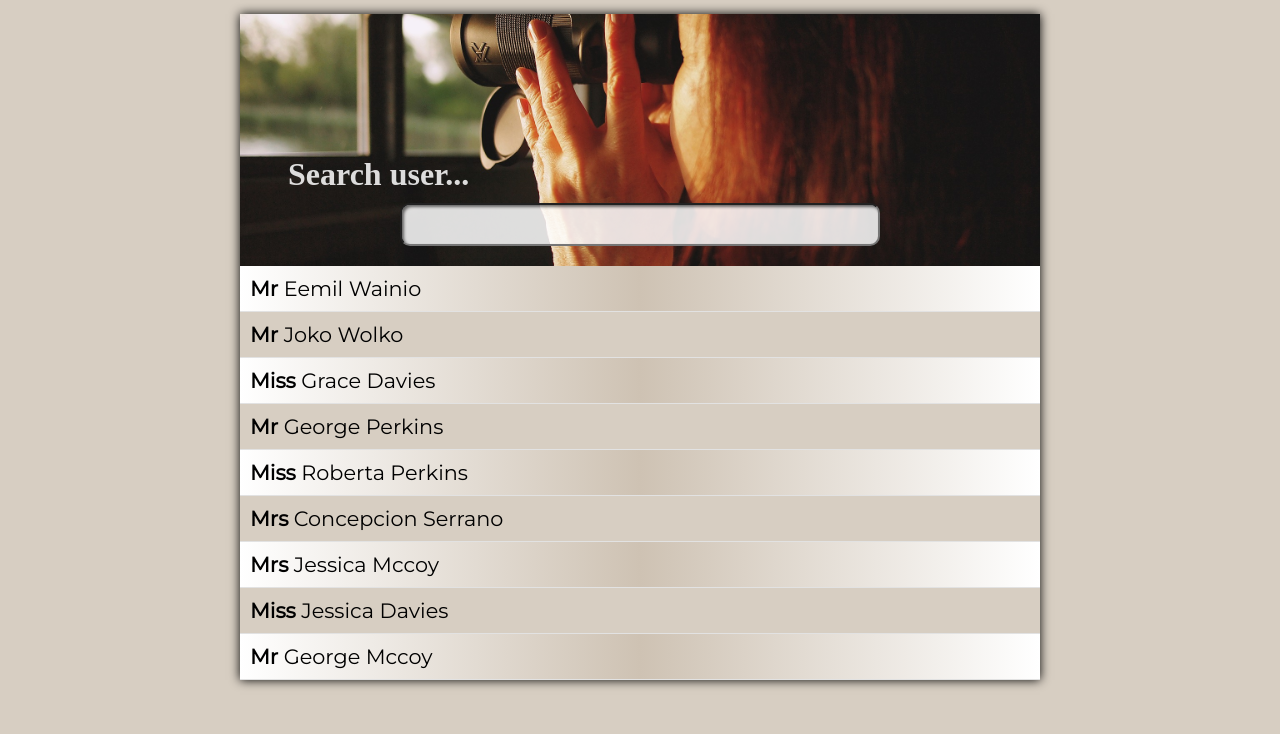
Repository: KrzysKolo/sr_tydzien5_zad4
Page: /
An editor plug-in stored every save of this project. The page is shown before and after the next save, followed by the edit.
The browser window is 1280 px wide. The pictures show the whole page.
Some web fonts or font styles are not loaded; a fallback is used. The project was rebuilt for these pictures with package versions that can differ from the ones it lists, and the page was loaded fresh each time.

Above is the page before, as saved 2021-01-03 06:21:15.

After the next save:
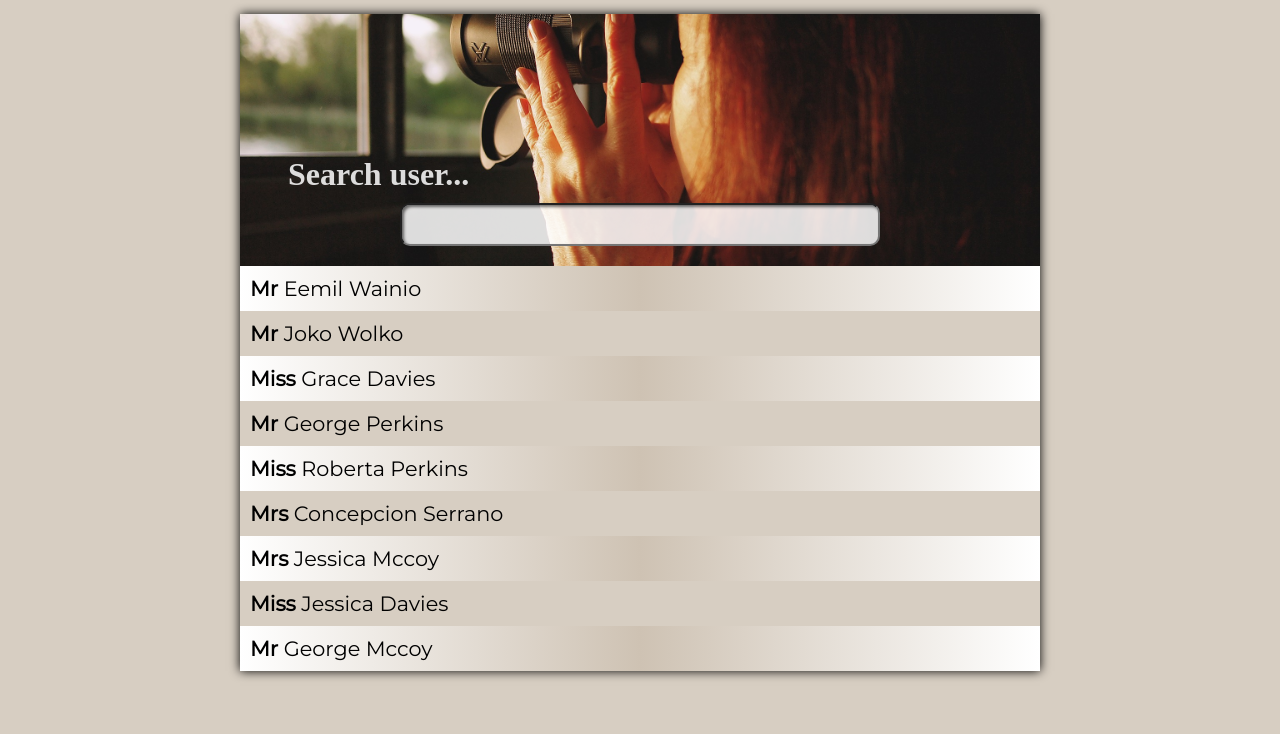
Saved 70 s later.
--- a/src/App.css
+++ b/src/App.css
@@ -50,7 +50,6 @@ section {
   font-family: "Montserrat", sans-serif;
   padding: 10px;
   list-style: none;
-  border-bottom: 1px solid rgb(226, 226, 226);
 }
 .user:nth-child(odd) {
   background: linear-gradient(
